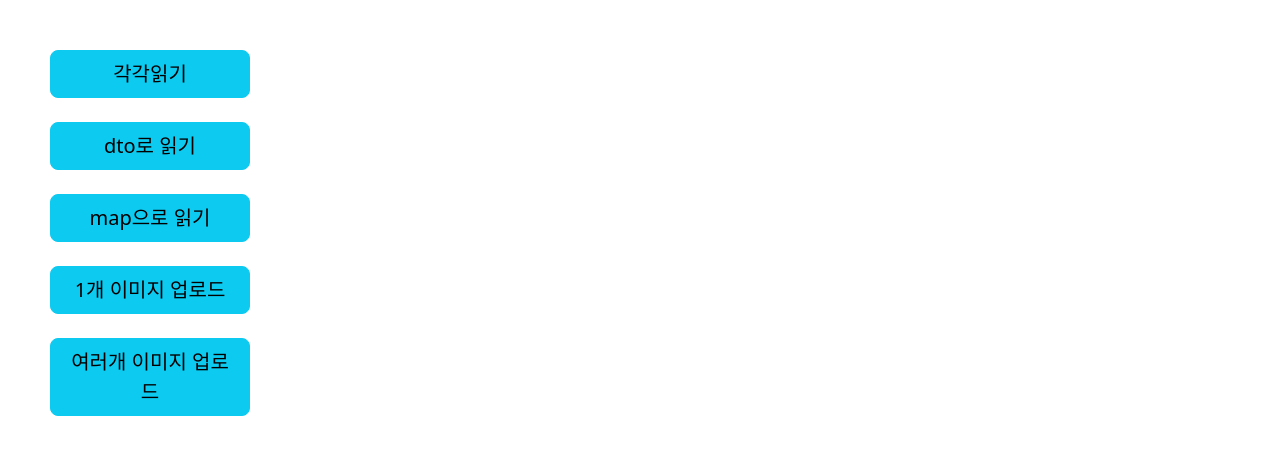
Repository: UZCHA/Sist0103Project
Page: http://localhost/SpringMvcFileUploadEx6/
An editor plug-in stored every save of this project. The page is shown before and after the next save, followed by the edit.
The browser window is 1280 px wide. The pictures show the whole page.
Some web fonts or font styles are not loaded; a fallback is used. The page is served by Tomcat 9.

Above is the page before, as saved 2024-05-07 03:29:48.

After the next save:
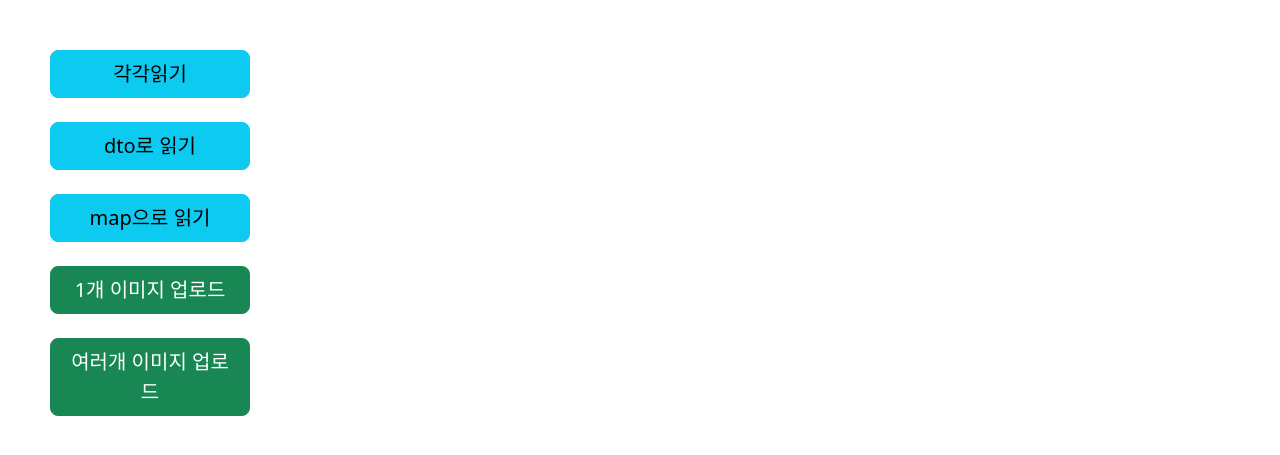
Saved 24 s later.
--- a/sts3work/SpringMvcFileUploadEx6/src/main/webapp/WEB-INF/day0507/menu.jsp
+++ b/sts3work/SpringMvcFileUploadEx6/src/main/webapp/WEB-INF/day0507/menu.jsp
@@ -22,10 +22,10 @@
 	<button class="btn btn-info btn-lg" style="width: 200px;"
 	onclick="location.href='shop/form3'">map으로 읽기</button>
 	<br><br>
-	<button class="btn btn-info btn-lg" style="width: 200px;"
+	<button class="btn btn-success btn-lg" style="width: 200px;"
 	onclick="location.href='board/uploadform1'">1개 이미지 업로드</button>
 	<br><br>
-	<button class="btn btn-info btn-lg" style="width: 200px;"
+	<button class="btn btn-success btn-lg" style="width: 200px;"
 	onclick="location.href='board/uploadform2'">여러개 이미지 업로드</button>
 	<br><br>
 </div>
